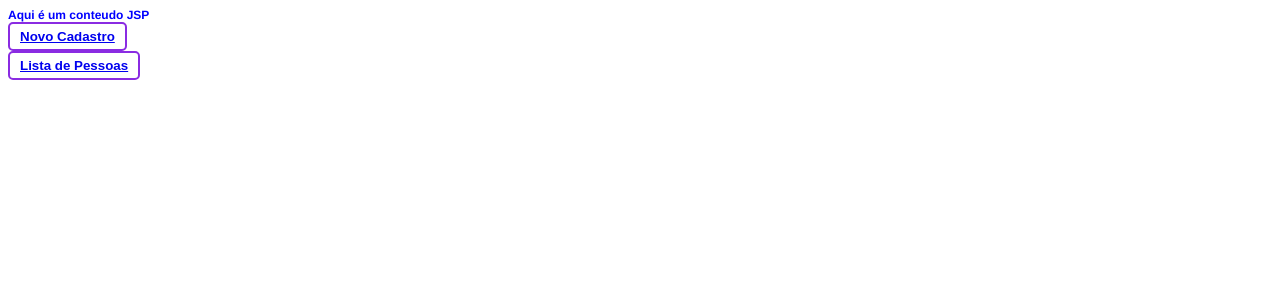
Repository: weristec/form-web
Page: http://localhost/form-cadas-pessoa/
These files come from the project's save history. The page is drawn as it stood at one moment and after the next save; the edit follows.
The browser window is 1280 px wide. The pictures show the whole page.
The page is served by Tomcat 9. Nobody is signed in. The application's start-up code is not run. Other server files are loaded and not shown.

Above is the page before, as saved 2021-08-19 00:42:46.

### form-cadas-pessoa/src/main/webapp/index.jsp
<%@ page language="java" contentType="text/html; charset=UTF-8"
	pageEncoding="UTF-8"%>
<!DOCTYPE html>
<html>
<head>
<meta charset="UTF-8">
<link rel="stylesheet" href="css/estilo.css">
<title>Primeira Página JSP</title>
</head>
<body>
	<%
	String app = request.getParameter("app");
	if (app == null)
		app = "JSP";
	out.print("Aqui é um conteudo " + app);
	%>
	<br>
	<button class="bt">
	<a href="form-cadastro.jsp">Novo Cadastro</a>
	</button>
	<br>
	<button class="bt">
	<a href="listaPessoas.jsp">Lista de Pessoas</a>
	</button>
</body>
</html>

### form-cadas-pessoa/src/main/webapp/css/estilo.css
fieldset {
    width: 50%;
    margin: auto;
    border: 2px solid blueviolet;
}

body {
    font-family: Helvetica, sans-serif;
    font-size: 12px;
    font-weight: bold;
    color: blue;
  }

label,
input,
.classe,
#identificacao {
    display: block;
}

input[type=text], input[type=email], input[type=password], select{
    width: 300px;
}

input, select {
    margin-top: 4px;
    margin-bottom: 4px;
    border: 2px solid blueviolet;
    border-radius: 3px;

}

.larguraTexto{
    height: 20px;
}

.bt {
    border: 2px solid blueviolet;
    background-color: white;
    font-weight: bold;
    color:blueviolet;
    padding: 5px 10px;
    border-radius: 5px;
}
.btfl{
	float: right;
}

.bt:hover {
    cursor: pointer;
    background-color: blueviolet;
    color: white;
}

#img-java{
    float: right;
    height: 75px;
    width: 90px;
}

After the next save:
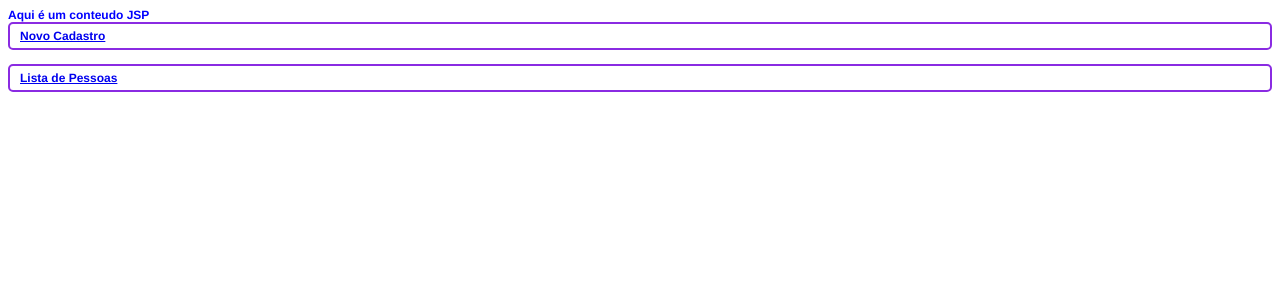
Saved 8 min 5 s later.
--- a/form-cadas-pessoa/src/main/webapp/index.jsp
+++ b/form-cadas-pessoa/src/main/webapp/index.jsp
@@ -15,12 +15,12 @@
 	out.print("Aqui é um conteudo " + app);
 	%>
 	<br>
-	<button class="bt">
-	<a href="form-cadastro.jsp">Novo Cadastro</a>
-	</button>
+	<div class="bt">
+		<a href="form-cadastro.jsp">Novo Cadastro</a>
+	</div>
 	<br>
-	<button class="bt">
-	<a href="listaPessoas.jsp">Lista de Pessoas</a>
-	</button>
+	<div class="bt">
+		<a href="listaPessoas.jsp">Lista de Pessoas</a>
+	</div>
 </body>
 </html>
